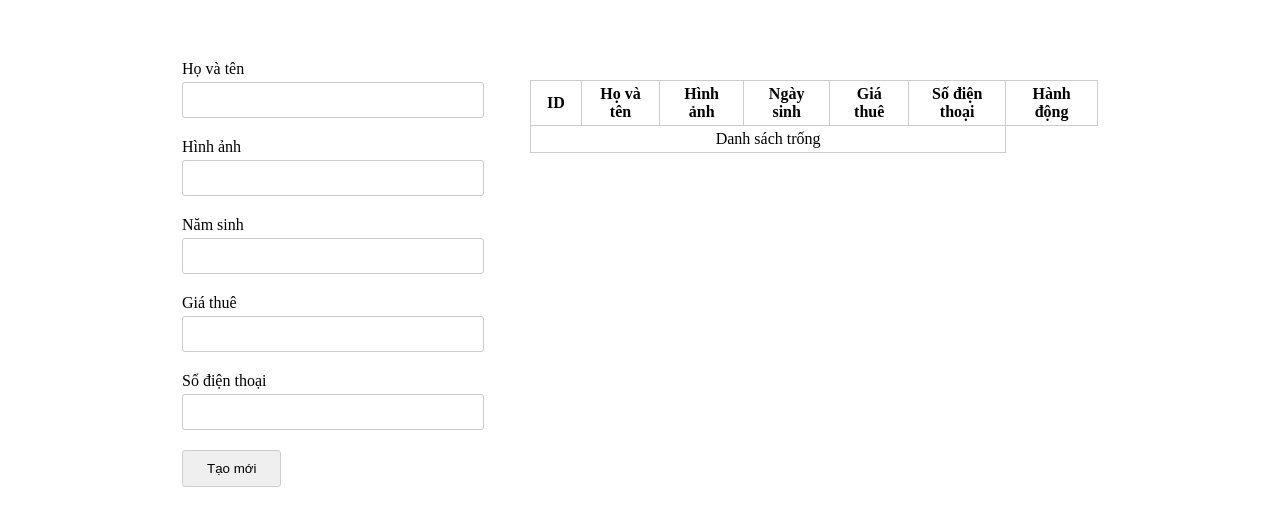
Repository: AnhTuan191298/sent-file-hoang
Page: js_kol-check/index.html
The author's editor kept a copy of each file at every save. The page is drawn from the files as they stood at one save, then again after the next save.
The browser window is 1280 px wide. The pictures show the whole page.

Above is the page before, as saved 2021-02-04 22:57:36.

### js_kol-check/index.html
<!DOCTYPE html>
<html lang="en">
<head>
    <meta charset="UTF-8">
    <meta name="viewport" content="width=device-width, initial-scale=1.0">
    <link rel="stylesheet" href="https://stackpath.bootstrapcdn.com/font-awesome/4.7.0/css/font-awesome.min.css"/>
    <title>Kols Done</title>
    <style>
        .app {
            width: 980px;
            margin: 0 auto;
            display: flex;
        }
        .pd10 {
            padding: 10px;
        }
        .mb10 {
            margin-bottom: 10px;
        }
        #form {
            flex: 2;
            padding: 32px;
        }
        #list {
            flex: 4;
            padding: 32px;
            margin-top: 40px;
        }
        table {
            border-collapse: collapse;
        }
        table th, table td {
            border: 1px solid #ccc;
            padding: 4px 16px;
        }
        .form-group {
            margin-top: 20px;
        }
        .form-group label {
            display: block;
            margin-bottom: 4px;
        }
        .form-group input {
            display: block;
            width: 100%;
            height: 34px;
            border-radius: 3px;
            border: 1px solid #ccc;
            outline: none;
            padding: 0 8px;
        }
        .avatar {
            width: 60px;
            height: 60px;
            border-radius: 50%;
        }
        .submit-btn {
            padding: 10px 24px;
            border-radius: 3px;
            border: 1px solid #ccc;
        }
        .alert-update,
        .alert-delete {
            width: 240px;
            background-color: #fff;
            min-height: 130px;
            display: none;
            flex-direction: column;
            align-items: center;
            justify-content: center;
            padding: 20px;
            border-radius: 5px;
            box-shadow: 1px 2px 24px #aaaaaa;
            position: fixed;
            top: 50px;
            right: 5px;
            animation: rightToLeft ease 0.5s, fadeOut linear 1s 3s forwards;
        }
        .alert-update.active,
        .alert-delete.active {
            display: flex;
        }
        .alert-update__circle,
        .alert-delete__circle {
            height: 50px;
            width: 50px;
            border: 6px solid #33cc70;
            border-radius: 50%;
            display: flex;
            justify-content: center;
            align-items: center;
            margin-bottom: 10px;
        }
        .alert-update__circle i,
        .alert-delete__circle i {
            font-size: 20px;
            color: #33cc70;
        }
        .alert-update__content h3,
        .alert-delete__content h3 {
            font-size: 18px;
            color: #33cc70;
            text-align: center;
        }
        .text-center {
            text-align: center;
        }
        /* Animation */
        @keyframes fadeIn {
            0% {
                opacity: 0;
            }
            100% {
                opacity: 1;
            }
        }
        @keyframes growth {
            0% {
                transform: scale(0.5);
            }
            100% {
                transform: scale(1);
            }
        }
        @keyframes rightToLeft {
            0% {
                opacity: 0;
                transform: translateX(105%);
            }
            100% {
                opacity: 1;
                transform: translateX(0%);
            }
        }
        @keyframes fadeOut {
            to {
                opacity: 0;
            }
        }
    </style>
</head>
<body>
    <div class="app">
        <form action="" id="form">
            <div class="form-group">
                <label for="fullname">Họ và tên</label>
                <input id="fullname" type="text" name="fullname" class="form-control">
            </div>
            <div class="form-group">
                <label for="image">Hình ảnh</label>
                <input id="image" type="text" name="image" class="form-control">
            </div>
            <div class="form-group">
                <label for="birth">Năm sinh</label>
                <input id="birth" type="text" name="birth" class="form-control">
            </div>
            <div class="form-group">
                <label for="price">Giá thuê</label>
                <input id="price" type="text" name="price" class="form-control">
            </div>
            <div class="form-group">
                <label for="phone">Số điện thoại</label>
                <input id="phone" type="text" name="phone" class="form-control">
            </div>
            <div class="form-group">
                <button class="submit-btn">Tạo mới</button>
            </div>
        </form>
        <!-- List -->
        <div id="list">
            <table>
                <thead>
                    <tr>
                        <th>ID</th>
                        <th>Họ và tên</th>
                        <th>Hình ảnh</th>
                        <th>Ngày sinh</th>
                        <th>Giá thuê</th>
                        <th>Số điện thoại</th>
                        <th>Hành động</th>
                    </tr>
                </thead>
                <tbody id="kol-list">
                    <!-- <tr>
                        <td>1</td>
                        <td>Nguyễn Công Trứ</td>
                        <td>
                            <img class="avatar" src="https://64.media.tumblr.com/d1b06afb69cf8b615690ff734129e902/f04605d2cb559bfc-d8/s1280x1920/f91d82446d71c5ee9ace99af4936adcd5549d93f.jpg" alt="">
                        </td>
                        <td>02/02/2000</td>
                        <td>1.000.000đ</td>
                        <td>0987363736</td>
                    </tr> -->
                </tbody>
            </table>
        </div>
        <!-- Alert -->
        <div class="alert-update">
            <div class="alert-update__circle">
                <i class="fa fa-check" aria-hidden="true"></i>
            </div>
            <div class="alert-update__content">
                <h3>Đã sửa thành công</h3>
            </div>
        </div>
    </div>
    <script src="./assets/js/main.js"></script>
</body>
</html>

### js_kol-check/assets/js/main.js
const $ = document.querySelector.bind(document)
const $$ = document.querySelectorAll.bind(document)

const KOL_STORAGE_KEY = 'kols'

const kolApp = {
    kols: JSON.parse(localStorage.getItem(KOL_STORAGE_KEY)) || [],
    add: function(kol) {
        this.kols.push(kol)
    },
    update: function(index, kol) {
        this.kols[index] = kol
    },
    delete: function(index) {
        this.kols.splice(index, 1)
    },
    save: function() {
        localStorage.setItem(KOL_STORAGE_KEY, JSON.stringify(this.kols))
    },
    render: function() {
        // if (!this.kols.length) {
        //     return $('#kol-list').innerHTML = `
        //         <tr>
        //             <td style="text-align: center" colspan="6">Danh sách trống</td>
        //         </tr>
        //     `
        // }

        const htmls = this.kols.map(function (kol, index) {
            return `
                <tr>
                    <td>${index + 1}</td>
                    <td>${kol.fullname}</td>
                    <td>
                        <img class="avatar" src="${kol.image}" alt="">
                    </td>
                    <td>${kol.birth}</td>
                    <td>${kol.price}đ</td>
                    <td>${kol.phone}</td>
                </tr>
            `
        })

        if (htmls.length > 0) {
            $('#kol-list').innerHTML = htmls.join('')
        } else {
            $('#kol-list').innerHTML = `
                <tr>
                    <td style="text-align: center" colspan="6">Danh sách trống</td>
                </tr>
            `
        }
    },
    start: function() {
        this.render()

        const form = $('#form')

        const fullname = $('#fullname')
        const image = $('#image')
        const birth = $('#birth')
        const price = $('#price')
        const phone = $('#phone')

        form.onsubmit = function (e) {
            e.preventDefault()

            const kol = {
                fullname: fullname.value,
                image: image.value,
                birth: birth.value,
                price: price.value,
                phone: phone.value,
            }

            kolApp.add(kol)
            kolApp.save()
            kolApp.render()
        }
    }
}

kolApp.start()

After the next save:
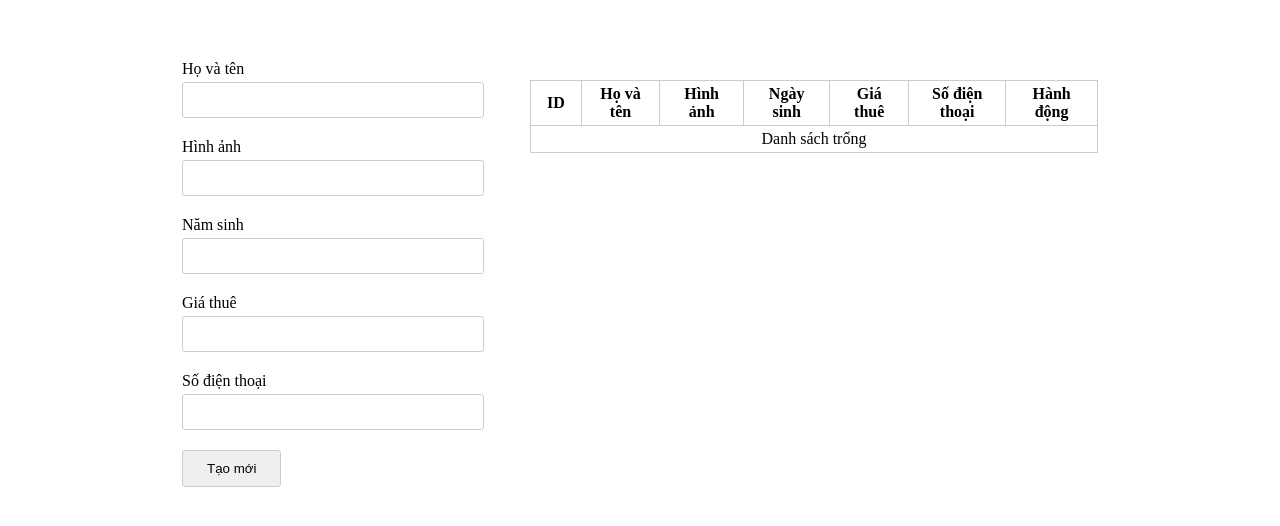
Saved 25 s later.
--- a/js_kol-check/assets/js/main.js
+++ b/js_kol-check/assets/js/main.js
@@ -46,7 +46,7 @@ const kolApp = {
         } else {
             $('#kol-list').innerHTML = `
                 <tr>
-                    <td style="text-align: center" colspan="6">Danh sách trống</td>
+                    <td style="text-align: center" colspan="7">Danh sách trống</td>
                 </tr>
             `
         }
